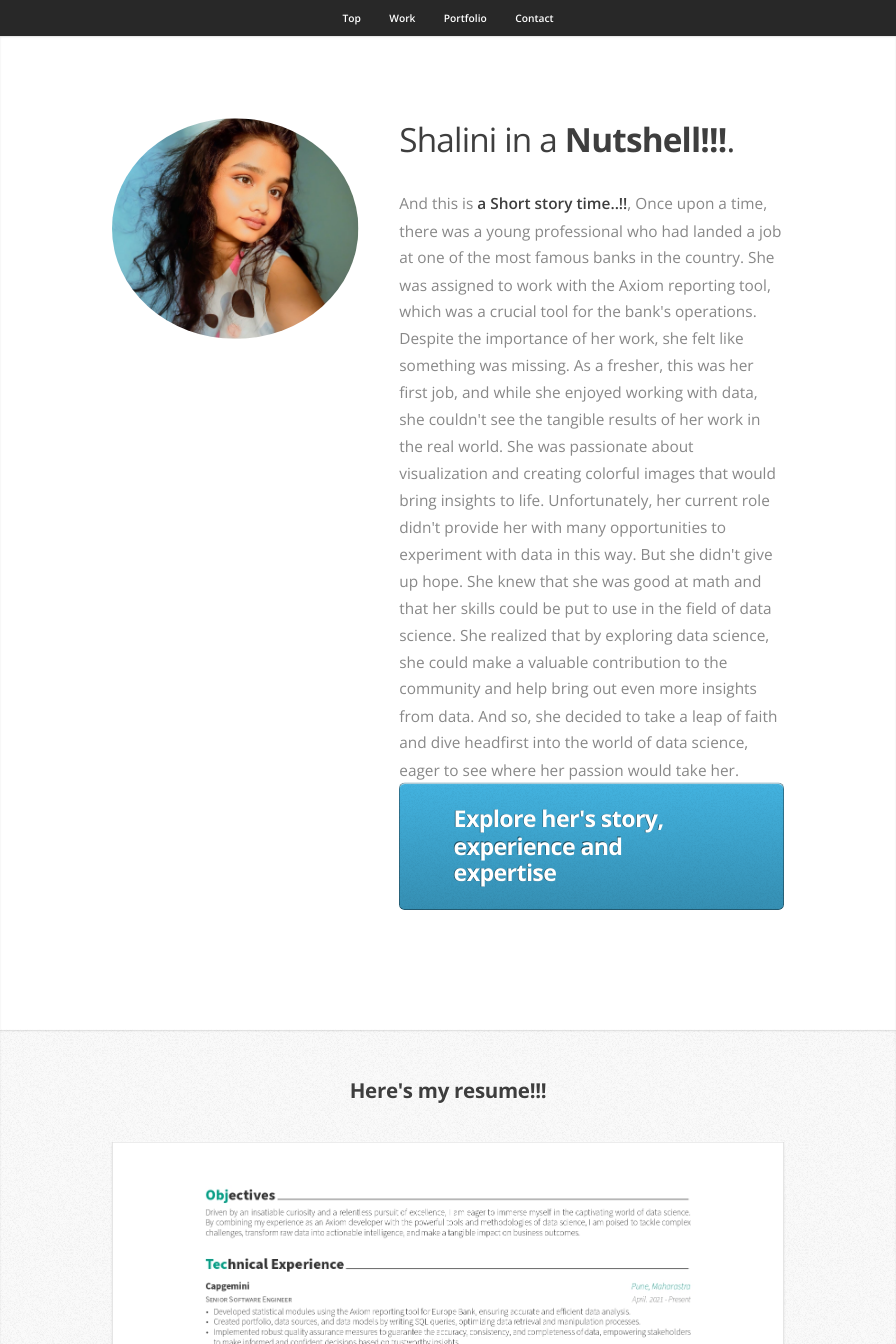
Repository: Shalini-Nanda-ds/Shalini-s-portfolio
Page: index.html
An editor plug-in stored every save of this project. The page is shown before and after the next save, followed by the edit.
The browser window is 1280 px wide. The pictures show the part of the page from y = 0 to 1920 px (the page is 4530 px tall before and 4836 px after), at 70% of full size.

Above is the page before, as saved 2025-03-21 11:46:06.

After the next save:
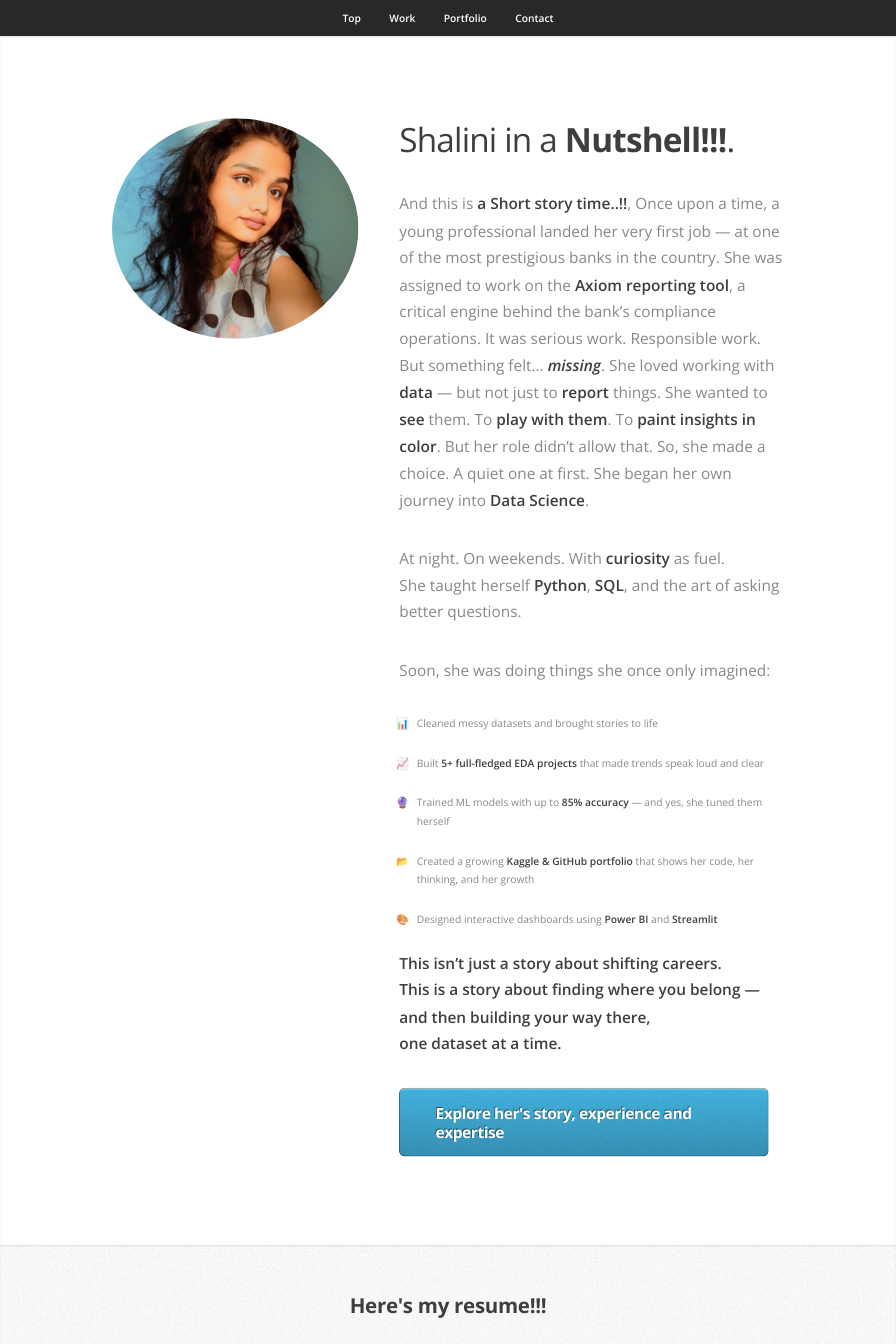
Saved 39 days later.
--- a/index.html
+++ b/index.html
@@ -35,11 +35,61 @@
 								<h1>Shalini in a <strong>Nutshell!!!</strong>.</h1>
 							</header>
 							<p>And this is <strong>a Short story time..!!</strong>,
-								Once upon a time, there was a young professional who had landed a job at one of the most famous banks in the country. She was assigned to work with the Axiom reporting tool, which was a crucial tool for the bank's operations. Despite the importance of her work, she felt like something was missing.
-
-		As a fresher, this was her first job, and while she enjoyed working with data, she couldn't see the tangible results of her work in the real world. She was passionate about visualization and creating colorful images that would bring insights to life. Unfortunately, her current role didn't provide her with many opportunities to experiment with data in this way.
-
-		But she didn't give up hope. She knew that she was good at math and that her skills could be put to use in the field of data science. She realized that by exploring data science, she could make a valuable contribution to the community and help bring out even more insights from data. And so, she decided to take a leap of faith and dive headfirst into the world of data science, eager to see where her passion would take her.
+								Once upon a time,
+								a young professional landed her very first job — at one of the most prestigious banks in the country.
+
+								She was assigned to work on the
+								<span style="color:#1E88E5"><b>Axiom reporting tool</b></span>,
+								a critical engine behind the bank’s compliance operations.
+								It was serious work. Responsible work.
+								But something felt... <i style="color:#E53935"><b>missing</b></i>.
+
+								She loved working with <span style="color:#43A047"><b>data</b></span> —
+								but not just to <span style="color:#FB8C00"><b>report</b></span> things.
+								She wanted to <span style="color:#FDD835"><b>see</b></span> them.
+								To <span style="color:#00ACC1"><b>play with them</b></span>.
+								To <span style="color:#8E24AA"><b>paint insights in color</b></span>.
+
+								But her role didn’t allow that.
+
+								So, she made a choice.
+								A quiet one at first.
+								She began her own journey into
+								<span style="color:#6D4C41"><b>Data Science</b></span>.
+
+								<p>
+									At night. On weekends. With <span style="color:#EF5350;"><b>curiosity</b></span> as fuel.<br>
+									She taught herself <span style="color:#3949AB;"><b>Python</b></span>,
+									<span style="color:#00897B;"><b>SQL</b></span>,
+									and the art of asking better questions.
+								  </p>
+
+								  <p>Soon, she was doing things she once only imagined:</p>
+
+								  <ul style="list-style-type: '📊 '; padding-left: 1.2em;">
+									<li>Cleaned messy datasets and brought stories to life</li>
+								  </ul>
+								  <ul style="list-style-type: '📈 '; padding-left: 1.2em;">
+									<li>Built <span style="color:#F4511E;"><b>5+ full-fledged EDA projects</b></span> that made trends speak loud and clear</li>
+								  </ul>
+								  <ul style="list-style-type: '🔮 '; padding-left: 1.2em;">
+									<li>Trained ML models with up to <span style="color:#039BE5;"><b>85% accuracy</b></span> — and yes, she tuned them herself</li>
+								  </ul>
+								  <ul style="list-style-type: '📂 '; padding-left: 1.2em;">
+									<li>Created a growing <span style="color:#5E35B1;"><b>Kaggle & GitHub portfolio</b></span> that shows her code, her thinking, and her growth</li>
+								  </ul>
+								  <ul style="list-style-type: '🎨 '; padding-left: 1.2em;">
+									<li>Designed interactive dashboards using <span style="color:#43A047;"><b>Power BI</b></span> and <span style="color:#00ACC1;"><b>Streamlit</b></span></li>
+								  </ul>
+
+								  <p><b>
+									This isn’t just a story about shifting careers.<br>
+									This is a story about finding where you belong —<br>
+									and then building your way there,<br>
+									<span style="color:#FB8C00;"><b>one dataset at a time.</b></span>
+								  </b></p>
+
+
 							<a href="#work" class="button large scrolly">Explore her's story, experience and expertise</a>
 						</div>
 					</div>
